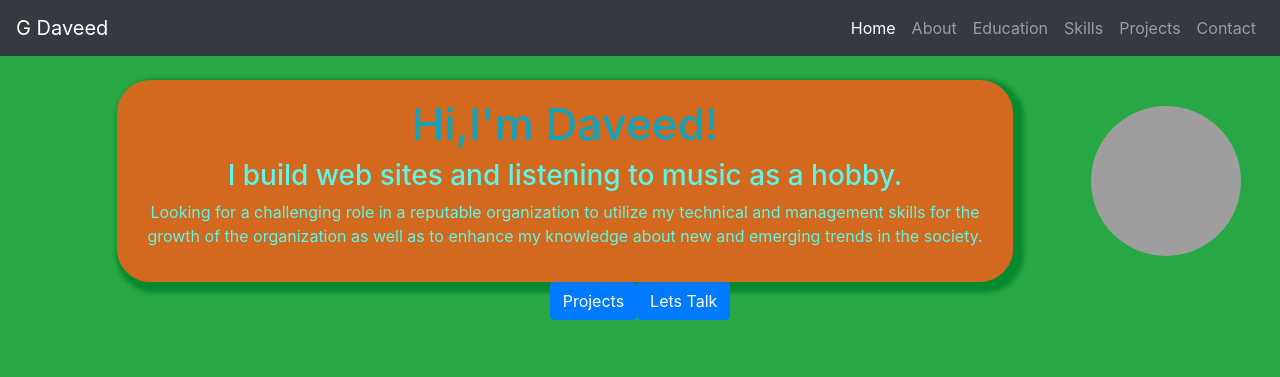
Repository: DaveedGangi/DaveedWebsite
Page: one.html
The author's editor kept a copy of each file at every save. The page is drawn from the files as they stood at one save, then again after a run of saves.
The browser window is 1280 px wide. The pictures show the whole page.
Pictures or frames that could not be fetched are drawn as grey boxes.

Above is the page before, as saved 2023-10-23 12:21:16.

After the next 3 saves:
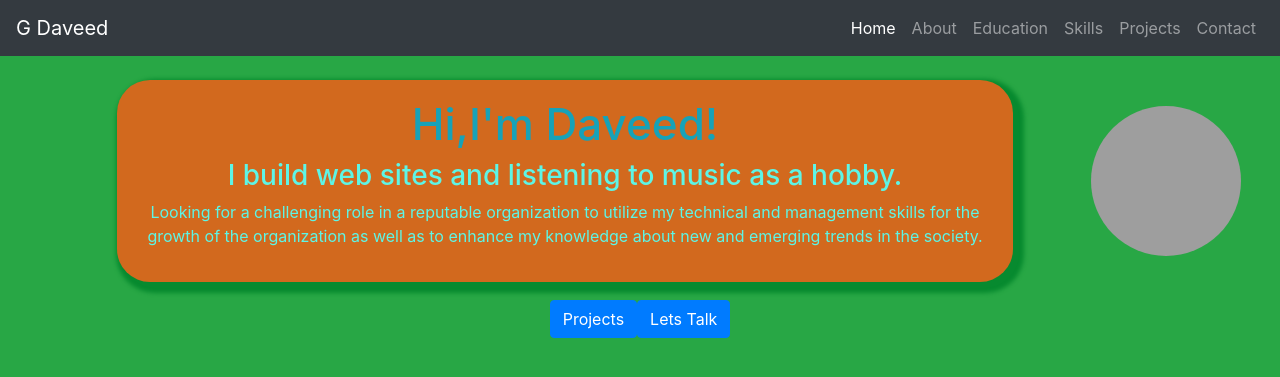
The 3 saves are shown as one change because they came seconds apart.
The last was saved 9 s later.
--- a/two.css
+++ b/two.css
@@ -43,7 +43,8 @@
     display: flex;
     flex-direction: row;
     justify-content: center;
-    margin
+    margin-top:18px;
+
 }
 .hi{
     font-size:44px;
